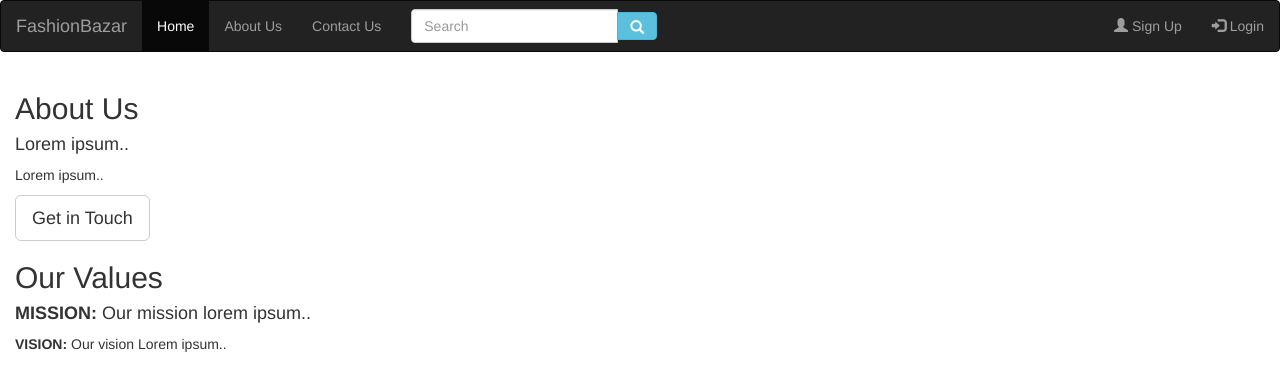
Repository: SmithaMendonca/Project-1
Page: http://localhost/FashionBazarFrontend/WEB-INF/views/AboutUs.jsp
The author's editor kept a copy of each file at every save. The page is drawn from the files as they stood at one save, then again after the next save.
The browser window is 1280 px wide. The pictures show the whole page.
The page is served by Tomcat 9. Nobody is signed in. The template is opened directly, without the code that normally fills it, so the values that code supplies are empty.

Above is the page before, as saved 2019-06-06 04:47:59.

After the next save:
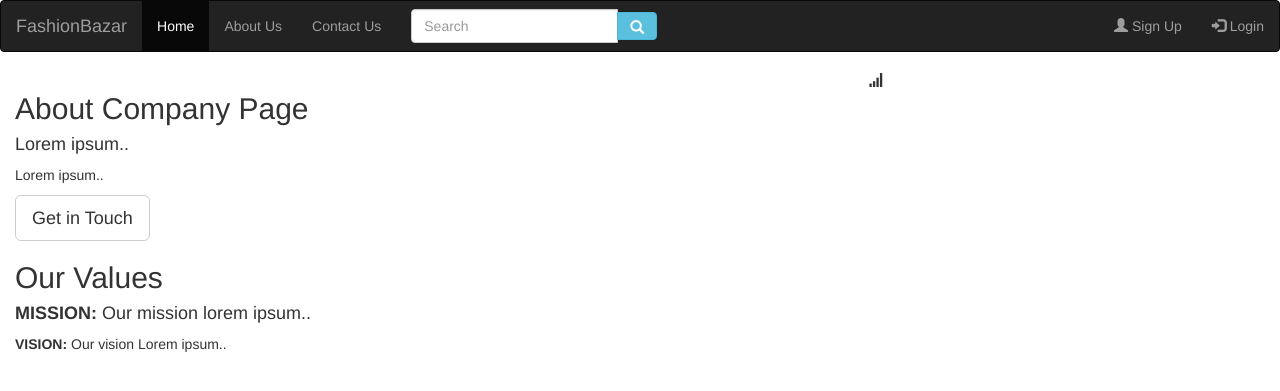
Saved 22 s later.
--- a/FashionBazarFrontend/src/main/webapp/WEB-INF/views/AboutUs.jsp
+++ b/FashionBazarFrontend/src/main/webapp/WEB-INF/views/AboutUs.jsp
@@ -8,11 +8,18 @@
 </head>
 <body>
 	<div class="container-fluid">
-  		<h2>About Us</h2>
-  		<h4>Lorem ipsum..</h4>
-  		<p>Lorem ipsum..</p>
-  		<button class="btn btn-default btn-lg">Get in Touch</button>
-	</div>
+  <div class="row">
+    <div class="col-sm-8">
+      <h2>About Company Page</h2>
+      <h4>Lorem ipsum..</h4>
+      <p>Lorem ipsum..</p>
+      <button class="btn btn-default btn-lg">Get in Touch</button>
+    </div>
+    <div class="col-sm-4">
+      <span class="glyphicon glyphicon-signal logo"></span>
+    </div>
+  </div>
+</div>
 
 	<div class="container-fluid bg-grey">
   		<h2>Our Values</h2>
